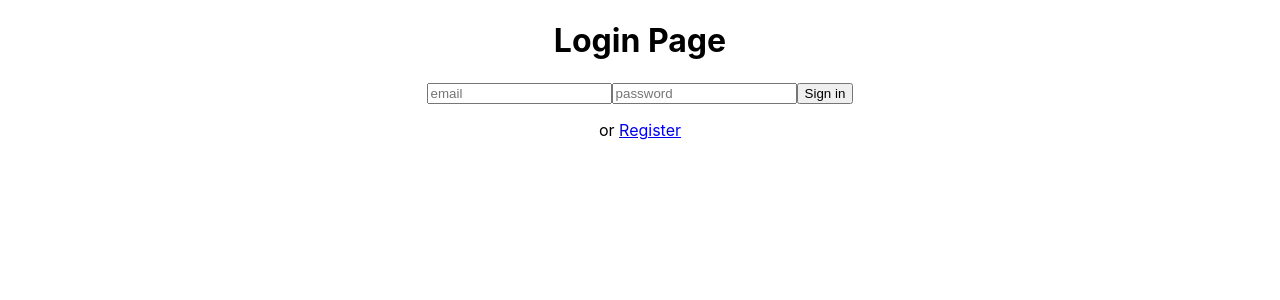
Repository: serezhatryhard/Simple-TodoList
Page: /
An editor plug-in stored every save of this project. The page is shown before and after the next save, followed by the edit.
The browser window is 1280 px wide. The pictures show the whole page.
The page's requests for data from a server got no answer. The project was rebuilt for these pictures with package versions that can differ from the ones it lists, and the page was loaded fresh each time. No one was signed in, and anything a server would have sent is missing. Also part of the build but not shown: src/components/Auth/SignUp.jsx, src/pages/RegisterPage.jsx, src/components/InputField.jsx, src/components/TodoItem.jsx, src/components/TodoList.jsx, src/pages/TodoPage.jsx.

Above is the page before, as saved 2022-09-17 18:29:13.

### src/index.js
import React from 'react';
import ReactDOM from 'react-dom/client';

import App from './App';
import store from './store'

import './index.css';
import './firebase'

import reportWebVitals from './reportWebVitals';
import { Provider } from 'react-redux';
import { BrowserRouter } from 'react-router-dom';


const root = ReactDOM.createRoot(document.getElementById('root'));
root.render(
  <React.StrictMode>
    <BrowserRouter>
      <Provider store={store}>
        <App />
      </Provider>
    </BrowserRouter>
  </React.StrictMode>
);

// If you want to start measuring performance in your app, pass a function
// to log results (for example: reportWebVitals(console.log))
// or send to an analytics endpoint. Learn more: https://bit.ly/CRA-vitals
reportWebVitals();

### src/App.js
import { useState } from 'react';
import { useDispatch } from 'react-redux';
import { Routes, Route } from 'react-router-dom'



import './App.css';
import HomePage from './pages/HomePage';
import LoginPage from './pages/LoginPage';
import RegisterPage from './pages/RegisterPage';
import TodoPage from './pages/TodoPage';


function App() {

  return (
    <div className="App">
      <Routes>
        <Route path='/' element={<HomePage />} />
        <Route path='/login' element={<LoginPage />} />
        <Route path='/register' element={<RegisterPage />} />
        <Route path='/todo' element={<TodoPage />} />
      </Routes>
    </div>
  );
}

export default App;

### src/store/index.js
import { configureStore } from "@reduxjs/toolkit";
import todoReducer from './todoSlice'
import userReducer from './userSlice'

export default configureStore({
    reducer: {
        todos: todoReducer,
        user: userReducer
    }
})

### src/firebase.js
// Import the functions you need from the SDKs you need
import { initializeApp } from "firebase/app";
import { getAuth } from "firebase/auth";
// TODO: Add SDKs for Firebase products that you want to use
// https://firebase.google.com/docs/web/setup#available-libraries

// Your web app's Firebase configuration
const firebaseConfig = {
    apiKey: process.env.REACT_APP_FIREBASE_API_KEY,
    authDomain: process.env.REACT_APP_FIREBASE_AUTH_DOMAIN,
    projectId: process.env.REACT_APP_FIREBASE_PROJECT_ID,
    storageBucket: process.env.REACT_APP_FIREBASE_STORAGE_BUCKET,
    messagingSenderId: process.env.REACT_APP_FIREBASE_MESSAGING_SENDER_ID,
    appId: process.env.REACT_APP_FIREBASE_APP_ID,
};

// Initialize Firebase
const app = initializeApp(firebaseConfig);

// Initialize Firebase Authentication and get a reference to the service
const auth = getAuth(app);

### src/pages/HomePage.jsx
import React from 'react'
import { useDispatch } from 'react-redux'
import { Navigate } from 'react-router-dom'
import  useAuth  from './../hooks/useAuth'
import { removeUser } from '../store/userSlice'

const HomePage = () => {
    const dispatch = useDispatch()
    const {isAuth, email} = useAuth()


    if (isAuth) {
        return (
            <div>
            <h1>Welcome</h1>
            <button
                onClick={dispatch(removeUser())}
            >Log out from {email}</button>
        </div>
        )
    } else {
        return (
            <Navigate to='/login' />
        )
    }
}

export default HomePage

### src/pages/LoginPage.jsx
import React from 'react'
import { NavLink } from 'react-router-dom'
import { Login } from '../components/Auth/Login'

const LoginPage = () => {
  return (
    <div>
        <h1>Login Page</h1>
        <Login />
        <p>
            or <NavLink to='/register'>Register</NavLink>
        </p>
    </div>
  )
}

export default LoginPage

### src/store/todoSlice.js
import { createSlice } from "@reduxjs/toolkit";

const todoSlice = createSlice({
    name: 'todos',
    initialState: {
        todos: []
    },

    reducers: {
        addTodo(state, action) {
            state.todos.push({
                id: new Date().toISOString(),
                text: action.payload.text,
                completed: false
            })
        },
        removeTodo(state, action) {
            state.todos = state.todos.filter(todo => todo.id !== action.payload.id)
        },
        toggleTodo(state, action) {
            const toggledTodo = state.todos.find(todo => todo.id === action.payload.id)
            toggledTodo.completed = !toggledTodo.completed
        }
    }
})

export const { addTodo, removeTodo, toggleTodo } = todoSlice.actions

export default todoSlice.reducer

### src/store/userSlice.js
import { createSlice } from "@reduxjs/toolkit";

const userSlice = createSlice({
    name: 'user',
    initialState: {
        email: null,
        token: null,
        id: null
    },

    reducers: {
        setUser(state, action){
            state.email = action.payload.email,
            state.token = action.payload.token,
            state.id = action.payload.id
        },
        removeUser(state) {
            state.email = null,
            state.token = null,
            state.id = null
        }
    }
})

export const { setUser, removeUser } = userSlice.actions

export default userSlice.reducer

### src/hooks/useAuth.js
import { useSelector } from "react-redux"

const useAuth = () => {
    const {email, token, id} = useSelector(state => state.user)

    return {
        isAuth: !!email,
        email,
        token,
        id
    }
}

export default useAuth

### src/components/Auth/Login.jsx
import React from 'react'
import { useDispatch } from 'react-redux'
import { useNavigate } from 'react-router-dom'
import { getAuth, signInWithEmailAndPassword } from "firebase/auth"
import { Form } from './Form'
import { setUser } from '../../store/userSlice'

const Login = () => {

    const dispatch = useDispatch()
    const push = useNavigate()


    const handleLogin = (email, password) => {
        const auth = getAuth();
        signInWithEmailAndPassword(auth, email, password)
            .then(({user}) => {
                dispatch(setUser({
                    email: user.email,
                    id: user.uid,
                    token: user.accessToken
                }))
                push('/')
            })
            .catch(console.error)
    }

    return (
        <Form
            title = 'Sign in'
            handleClick={handleLogin}
        />
    )
}

export { Login }

### src/components/Auth/Form.jsx
import { useState } from "react";

import React from 'react'

const Form = ({title, handleClick}) => {

    const [email, setEmail] = useState('')
    const [pass, setPass] = useState('')


    return (
        <div>
            <input
                type='email'
                value={email}
                onChange={(e) => setEmail(e.target.value)}
                placeholder='email'
            />
            <input
                type='password'
                value={pass}
                onChange={(e) => setPass(e.target.value)}
                placeholder='password'
            />
            <button onClick={() => handleClick(email, pass)}>
                {title}
            </button>
        </div>
    )
}

export { Form }

Loaded but not shown: public/index.html (common file); src/index.css (common file); src/reportWebVitals.js (common file); src/App.css (common file)

After the next save:
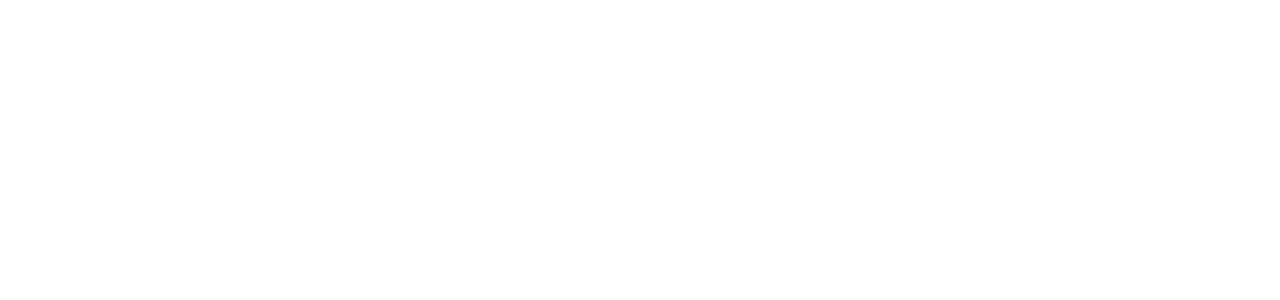
Saved 3 min 46 s later.
--- a/src/pages/HomePage.jsx
+++ b/src/pages/HomePage.jsx
@@ -20,7 +20,7 @@
         )
     } else {
         return (
-            <Navigate to='/login' />
+            <Navigate to='/' />
         )
     }
 }

After the 2 saves that followed:
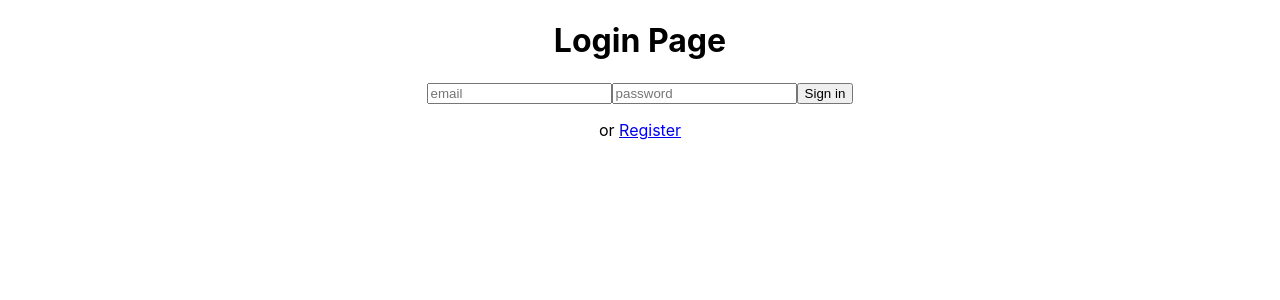
The 2 saves are shown as one change because 1 left the picture as it was.
The last was saved 2 min 16 s later.
--- a/src/App.js
+++ b/src/App.js
@@ -16,7 +16,7 @@
   return (
     <div className="App">
       <Routes>
-        <Route path='/' element={<HomePage />} />
+        <Route path='/' exact element={<HomePage />} />
         <Route path='/login' element={<LoginPage />} />
         <Route path='/register' element={<RegisterPage />} />
         <Route path='/todo' element={<TodoPage />} />
--- a/src/pages/HomePage.jsx
+++ b/src/pages/HomePage.jsx
@@ -20,7 +20,7 @@
         )
     } else {
         return (
-            <Navigate to='/' />
+            <Navigate to='/login' />
         )
     }
 }
